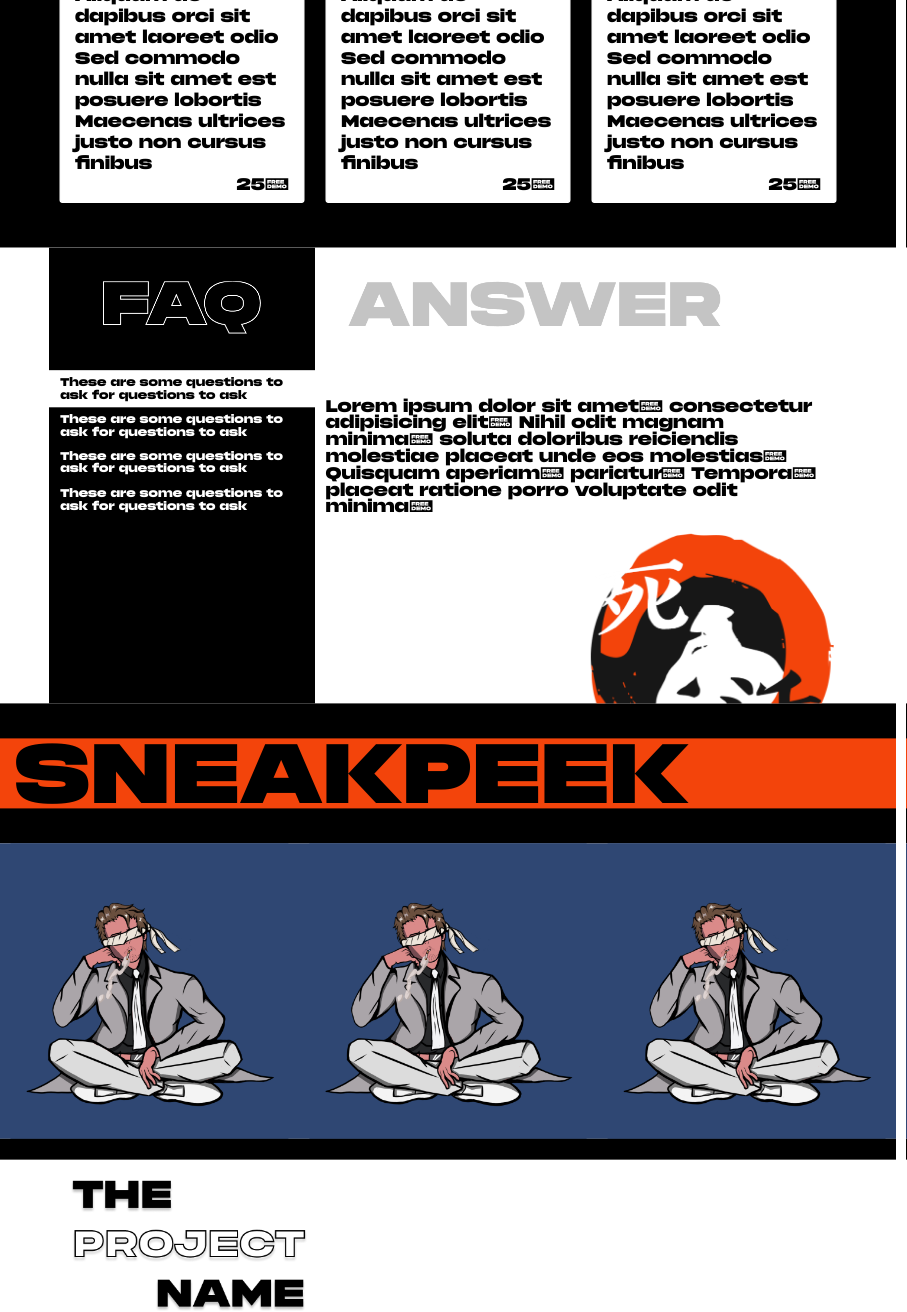
Repository: danishmahmoodawan/Sneakpeak
Page: /
An editor plug-in stored every save of this project. The page is shown before and after a run of saves, followed by the edit.
The browser window is 1280 px wide. The page is 1295 px wide, so the pictures cover 1295 px, including what lies to the right of the window. The pictures show the part of the page from y = 1347 to 3227 px (the page is 3221 px tall before and 3227 px after), at 70% of full size.
The project was rebuilt for these pictures with package versions that can differ from the ones it lists, and the page was loaded fresh each time.

Above is the page before, as saved 2022-02-28 22:09:48.

After the next 4 saves:
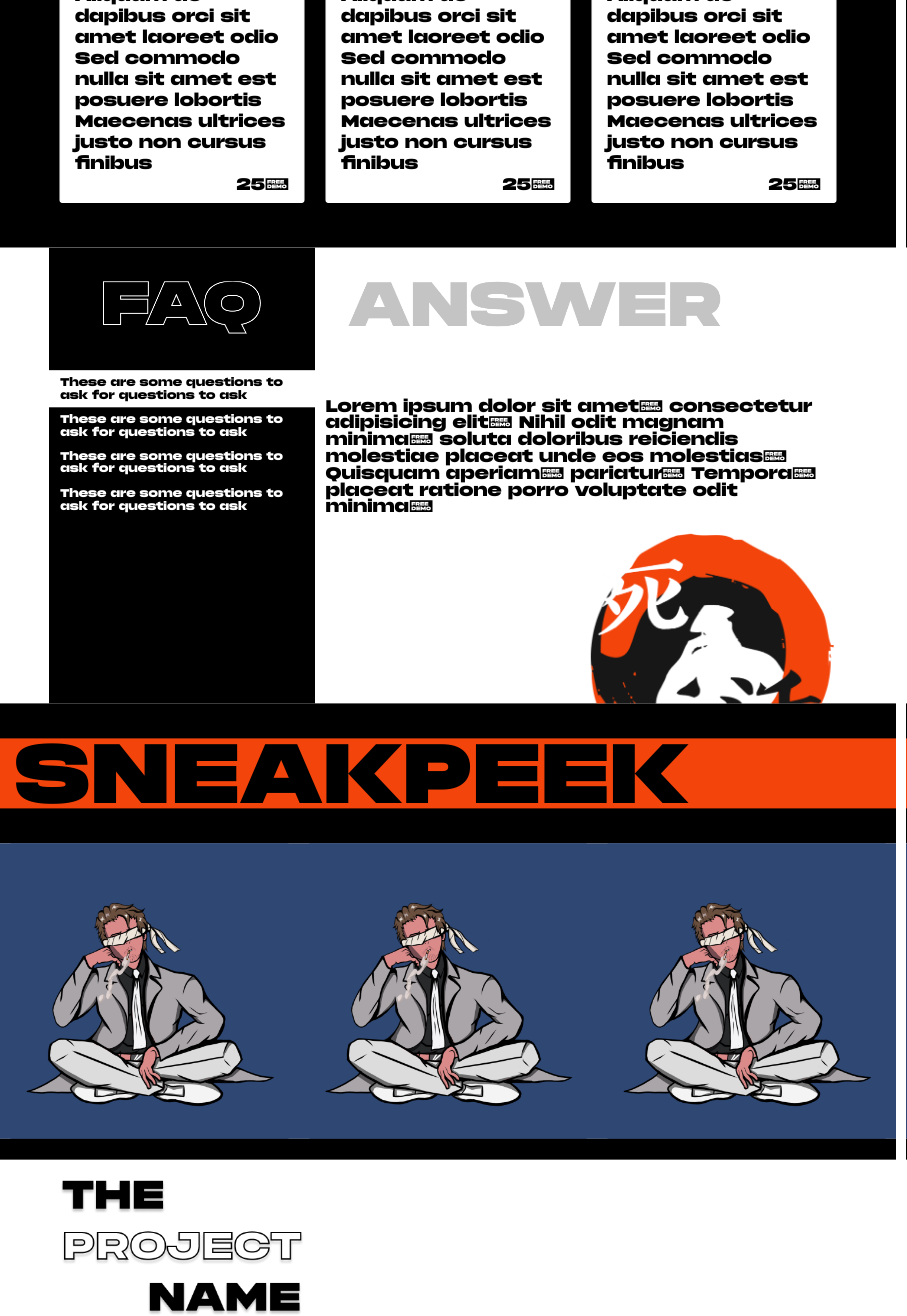
The 4 saves are shown as one change because they came seconds apart.
The last was saved 17 s later.
--- a/src/pages/Home.js
+++ b/src/pages/Home.js
@@ -233,8 +233,8 @@ function Home() {
             </div>
         </section>
         <section className="section_seven">
+        <div className="container">
         <div className="row">
-        <div className="container">
             <div className="col-4">
             <img src="assets/images/project_name.png" alt="char_img" className="desktop122_image" />
             </div>
